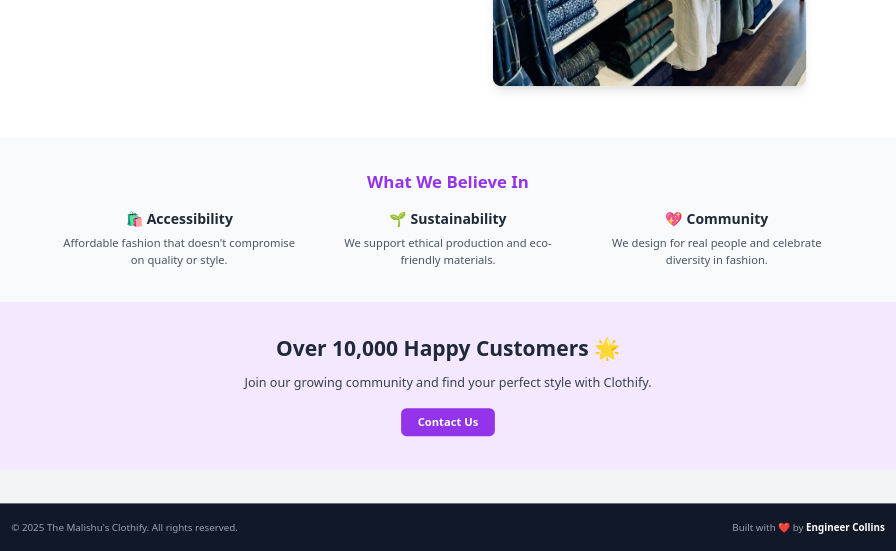
Repository: Engineer-collo/Modern-Ecommerce-Application
Page: /about
An editor plug-in stored every save of this project. The page is shown before and after a run of saves, followed by the edit.
The browser window is 1280 px wide. The pictures show the part of the page from y = 1113 to 3033 px (the page is 1900 px tall before and 3783 px after), at 70% of full size.
The project was rebuilt for these pictures with package versions that can differ from the ones it lists, and the page was loaded fresh each time. Also part of the build but not shown: vite.config.js, src/components/SignupForm.jsx, src/components/LoginForm.jsx, src/components/ProductCard.jsx, src/components/OfferCountdown.jsx, src/components/ProductFeed.jsx, src/components/Contact.jsx, src/components/Cart.jsx and 1 more.

Above is the page before, as saved 2025-05-26 09:46:37.

### index.html
<!DOCTYPE html>
<html lang="en">
<head>
  <meta charset="UTF-8">
  <meta name="viewport" content="width=device-width, initial-scale=1.0">
  <title>Ecommerce</title>
</head>
<body class="bg-gray-100">
  <div id="root"></div>
  <script type="module" src="/src/main.jsx"></script>
</body>
</html>

### src/main.jsx
import React from 'react'
import ReactDOM from 'react-dom/client'
import './index.css'
import App from './App'

ReactDOM.createRoot(document.getElementById('root')).render(
  <React.StrictMode>
    <App />
  </React.StrictMode>,
)

### src/App.jsx
import { BrowserRouter as Router, Routes, Route } from 'react-router-dom';
import { useEffect, useState } from 'react';
import Footer from './components/Footer';
import Navbar from './components/Navbar';
import SignupForm from './components/SignupForm';
import LoginForm from './components/LoginForm';
import ProductFeed from './components/ProductFeed';
import Contact from './components/Contact';
import About from './components/About';
import Cart from './components/Cart';
import ProductDetailsView from './components/ProductDetailsView';

import {
  showSuccessToast,
  ToastContainerWrapper,
} from './components/Toast';

function App() {
  const [cart, setCart] = useState([]);
  const [cartLoaded, setCartLoaded] = useState(false);

  // Load cart from localStorage
  useEffect(() => {
    const storedCart = localStorage.getItem("cart");
    if (storedCart) {
      try {
        setCart(JSON.parse(storedCart));
      } catch (error) {
        console.error("Failed to parse cart from localStorage:", error);
      }
    }
    setCartLoaded(true);
  }, []);

  // Save cart to localStorage when updated
  useEffect(() => {
    if (cartLoaded) {
      localStorage.setItem("cart", JSON.stringify(cart));
    }
  }, [cart, cartLoaded]);

  const addToCart = (product) => {
    setCart(prevCart => {
      const existing = prevCart.find(item => item.id === product.id);
      if (existing) {
        return prevCart.map(item =>
          item.id === product.id
            ? { ...item, quantity: item.quantity + 1 }
            : item
        );
      } else {
        return [...prevCart, { ...product, quantity: 1 }];
      }
    });
    showSuccessToast("Added to cart!");
  };

  const removeFromCart = (product) => {
    setCart(prevCart =>
      prevCart
        .map(item =>
          item.id === product.id
            ? { ...item, quantity: item.quantity - 1 }
            : item
        )
        .filter(item => item.quantity > 0)
    );
    showSuccessToast("Removed from cart!");
  };

  return (
    <Router>
      <Navbar cart={cart} />
      <Routes>
        <Route
          path="/"
          element={
            <ProductFeed
              showSuccessToast={showSuccessToast}
              cart={cart}
            />
          }
        />
        <Route
          path="/cart"
          element={
            <Cart
              cart={cart}
              removeFromCart={removeFromCart}
            />
          }
        />
        <Route path="/product/:id" element={<ProductDetailsView
         addToCart={addToCart}
        />} />
        <Route path="/login" element={<LoginForm />} />
        <Route path="/signup" element={<SignupForm />} />
        <Route path="/about" element={<About />} />
        <Route path="/contact" element={<Contact showSuccessToast={showSuccessToast} />} />
      </Routes>
      <ToastContainerWrapper />
      <Footer />
    </Router>
  );
}

export default App;

### src/components/Footer.jsx
const Footer = () => {
    return(
        <>
        <footer className="bg-gray-900 text-white py-6 mt-12">
  <div className="max-w-7xl mx-auto px-4 flex flex-col md:flex-row justify-between items-center space-y-4 md:space-y-0">
    <p className="text-sm text-gray-400">
      &copy; {new Date().getFullYear()} The Malishu's Clothify.  All rights reserved.
    </p>
    <p className="text-sm text-gray-400">
      Built with ❤️ by <span className="text-white font-semibold">Engineer Collins</span>
    </p>


  </div>
</footer>

        </>
    )
}

export default Footer

### src/components/Navbar.jsx
import React, { useState } from "react";
import { Link } from "react-router-dom";

const Navbar = ({ cart = [] }) => {
  const [isOpen, setIsOpen] = useState(false);

  const toggleMenu = () => setIsOpen(!isOpen);

  return (
    <header className="mt-2 bg-white shadow-md">
      <div className="max-w-7xl mx-auto px-10 py-10 flex flex-col md:flex-row md:justify-between md:items-center">
        <div className="flex justify-between items-center">
          <h1 className="text-2xl font-bold text-gray-800">
            <Link
              to="/"
              className="hover:text-blue-500 text-gray-700 transition"
            >
              <span className="text-purple-600">Malishu's Clothify</span>
            </Link>
          </h1>

          <div className="md:hidden">
            <button
              onClick={toggleMenu}
              className="text-gray-700 focus:outline-none"
            >
              <svg
                className="h-6 w-6"
                fill="none"
                stroke="currentColor"
                strokeWidth="2"
                viewBox="0 0 24 24"
              >
                <path
                  strokeLinecap="round"
                  strokeLinejoin="round"
                  d={
                    isOpen
                      ? "M6 18L18 6M6 6l12 12"
                      : "M4 6h16M4 12h16M4 18h16"
                  }
                />
              </svg>
            </button>
          </div>
        </div>

        {/* Removed search input here */}

        {/* Desktop nav */}
        <nav className="space-x-6 hidden md:flex">
          <Link
            to="/"
            className="text-xl hover:text-blue-500 font-bold text-gray-700 transition"
          >
            Home
          </Link>
          <Link
            to="/about"
            className="text-xl hover:text-blue-500 font-bold text-gray-700 transition"
          >
            About
          </Link>
          <Link
            to="/contact"
            className="text-xl hover:text-blue-500 font-bold text-gray-700 transition"
          >
            Contact
          </Link>
          <Link to="/cart" className="relative text-2xl font-bold hover:text-white transition">
  🛒
  <span className="absolute -top-2 -right-3 bg-red-500 text-white text-xs font-bold px-2 py-0.5 rounded-full">
    {cart.length}
  </span>
</Link>
          <Link
            to="/login"
            className="rounded p-1 bg-purple-500 font-bold text-white transition"
          >
            Login
          </Link>
        </nav>
      </div>

{/* Mobile nav */}
{isOpen && (
  <nav className="md:hidden bg-purple-600 text-white px-4 py-6 shadow-lg">
    <div className="flex flex-col items-center space-y-6">
      <Link
        to="/"
        className="text-2xl font-bold hover:text-white hover:underline transition"
      >
        Home
      </Link>
      <Link
        to="/about"
        className="text-2xl font-bold hover:text-white hover:underline transition"
      >
        About
      </Link>
      <Link
        to="/contact"
        className="text-2xl font-bold hover:text-white hover:underline transition"
      >
        Contact
      </Link>
      <Link to="/cart" className="relative text-2xl font-bold hover:text-white transition">
  🛒
  <span className="absolute -top-2 -right-3 bg-red-500 text-white text-xs font-bold px-2 py-0.5 rounded-full">
    {cart.length}
  </span>
</Link>
      <Link
        to="/login"
        className="text-center text-2xl font-bold bg-white text-purple-600 px-6 py-3 rounded-lg shadow-md hover:bg-purple-100 transition"
      >
        Login
      </Link>
    </div>
  </nav>
)}

    </header>
  );
};

export default Navbar;

### src/components/About.jsx
import React from "react";


const About = () => {
  return (
    <>

    <div className="min-h-screen bg-white text-gray-800">
      {/* Hero Section */}
      <div className="bg-gradient-to-r from-purple-600 to-pink-500 py-16 px-6 text-center text-white">
        <h1 className="text-4xl md:text-5xl font-extrabold mb-4">About Clothify</h1>
        <p className="text-lg md:text-xl max-w-2xl mx-auto">
          Elevating your wardrobe with trendy, affordable fashion made for everyone.
        </p>
      </div>

      {/* Story & Mission */}
      <div className="max-w-6xl mx-auto py-12 px-4 grid md:grid-cols-2 gap-8 items-center">
        <div>
          <h2 className="text-3xl font-bold mb-4 text-purple-600">Our Story</h2>
          <p className="text-gray-700 leading-relaxed">
            Founded in 2024, Clothify was born out of a passion for inclusive fashion. We wanted to make it easy for
            anyone to find stylish, quality clothes without breaking the bank.
          </p>
        </div>
        <img
         src="/cloathes.png"
         alt="Fashion"
        className="w-full max-w-md mx-auto my-6 rounded-xl shadow-lg object-cover"
        />
      </div>

      {/* Values */}
      <div className="bg-gray-50 py-12">
        <div className="max-w-6xl mx-auto px-4 text-center">
          <h2 className="text-2xl font-bold text-purple-600 mb-6">What We Believe In</h2>
          <div className="grid md:grid-cols-3 gap-8">
            <div>
              <h3 className="text-xl font-semibold mb-2">🛍️ Accessibility</h3>
              <p className="text-gray-600">Affordable fashion that doesn't compromise on quality or style.</p>
            </div>
            <div>
              <h3 className="text-xl font-semibold mb-2">🌱 Sustainability</h3>
              <p className="text-gray-600">We support ethical production and eco-friendly materials.</p>
            </div>
            <div>
              <h3 className="text-xl font-semibold mb-2">💖 Community</h3>
              <p className="text-gray-600">We design for real people and celebrate diversity in fashion.</p>
            </div>
          </div>
        </div>
      </div>

      {/* Stats or CTA */}
      <div className="py-12 px-4 bg-purple-100 text-center">
        <h2 className="text-3xl font-bold mb-4">Over 10,000 Happy Customers 🌟</h2>
        <p className="text-lg mb-6 text-gray-700">
          Join our growing community and find your perfect style with Clothify.
        </p>
        <a
          href="/contact"
          className="inline-block bg-purple-600 hover:bg-purple-700 text-white font-semibold py-2 px-6 rounded-lg transition"
        >
          Contact Us
        </a>
      </div>
    </div>
    </>
  );
};

export default About;

### src/components/Toast.jsx
// src/components/Toast.js
import { toast, ToastContainer } from 'react-toastify';
import 'react-toastify/dist/ReactToastify.css';

// Toast functions
export const showSuccessToast = (message) =>
  toast.success(message, {
    className: 'bg-green-100 text-green-800 border border-green-300 rounded p-4',
    bodyClassName: 'text-sm',
    progressClassName: 'bg-green-500',
  });

export const showErrorToast = (message) =>
  toast.error(message, {
    className: 'bg-red-100 text-red-800 border border-red-300 rounded p-4',
    bodyClassName: 'text-sm',
    progressClassName: 'bg-red-500',
  });

export const showInfoToast = (message) =>
  toast.info(message, {
    className: 'bg-blue-100 text-blue-800 border border-blue-300 rounded p-4',
    bodyClassName: 'text-sm',
    progressClassName: 'bg-blue-500',
  });

export const showWarningToast = (message) =>
  toast.warn(message, {
    className: 'bg-yellow-100 text-yellow-800 border border-yellow-300 rounded p-4',
    bodyClassName: 'text-sm',
    progressClassName: 'bg-yellow-500',
  });

// Toast container
export const ToastContainerWrapper = () => (
  <ToastContainer position="top-center" autoClose={2000} />
);

Loaded but not shown: src/index.css (common file); tailwind.config.js (common file)

After the next 2 saves:
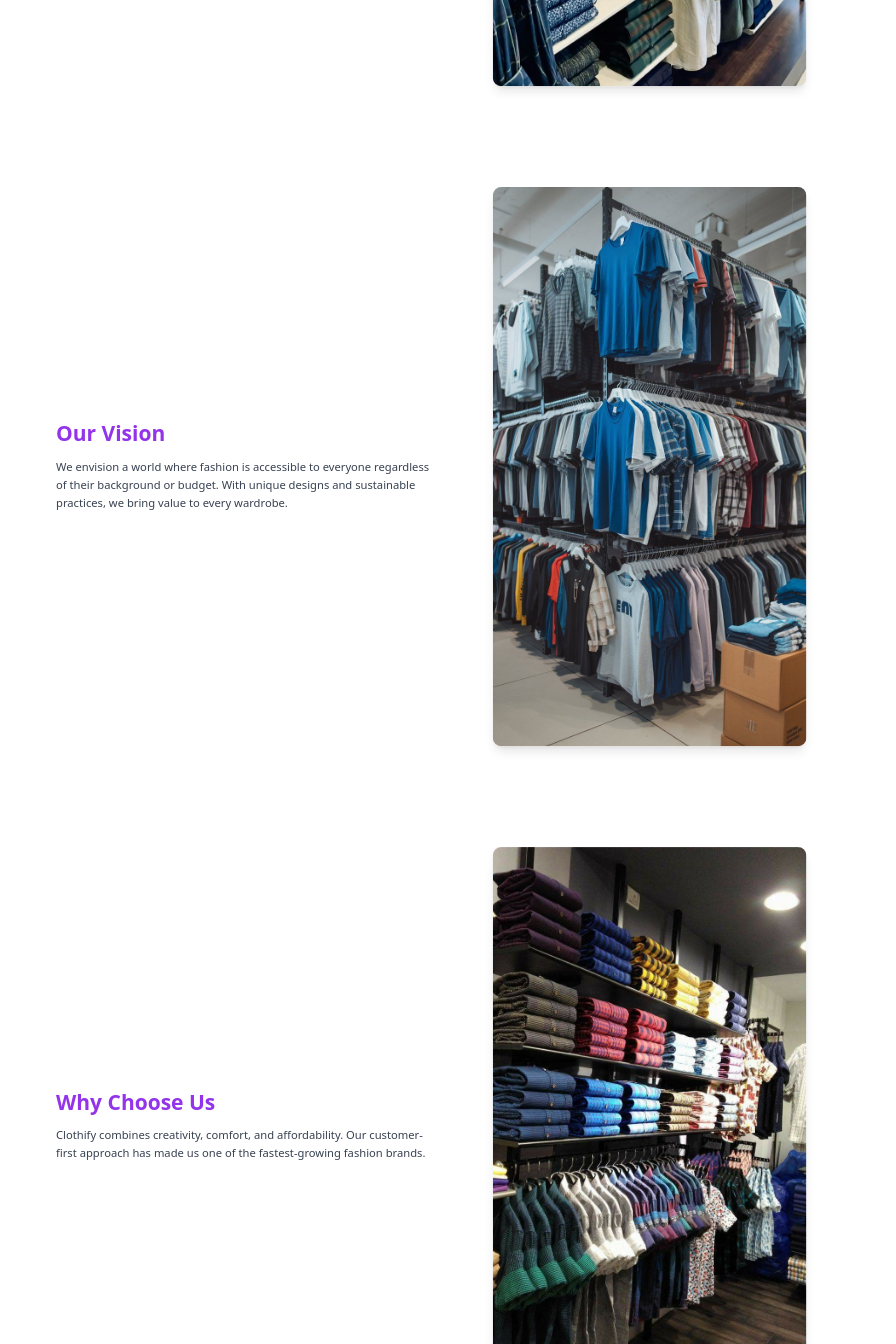
The 2 saves are shown as one change because 1 did not build or start.
The last was saved 87 s later.
--- a/src/components/About.jsx
+++ b/src/components/About.jsx
@@ -1,70 +1,100 @@
 import React from "react";
-
 
 const About = () => {
   return (
     <>
-
-    <div className="min-h-screen bg-white text-gray-800">
-      {/* Hero Section */}
-      <div className="bg-gradient-to-r from-purple-600 to-pink-500 py-16 px-6 text-center text-white">
-        <h1 className="text-4xl md:text-5xl font-extrabold mb-4">About Clothify</h1>
-        <p className="text-lg md:text-xl max-w-2xl mx-auto">
-          Elevating your wardrobe with trendy, affordable fashion made for everyone.
-        </p>
-      </div>
-
-      {/* Story & Mission */}
-      <div className="max-w-6xl mx-auto py-12 px-4 grid md:grid-cols-2 gap-8 items-center">
-        <div>
-          <h2 className="text-3xl font-bold mb-4 text-purple-600">Our Story</h2>
-          <p className="text-gray-700 leading-relaxed">
-            Founded in 2024, Clothify was born out of a passion for inclusive fashion. We wanted to make it easy for
-            anyone to find stylish, quality clothes without breaking the bank.
+      <div className="min-h-screen bg-white text-gray-800">
+        {/* Hero Section */}
+        <div className="bg-gradient-to-r from-purple-600 to-pink-500 py-16 px-6 text-center text-white">
+          <h1 className="text-4xl md:text-5xl font-extrabold mb-4">About Clothify</h1>
+          <p className="text-lg md:text-xl max-w-2xl mx-auto">
+            Elevating your wardrobe with trendy, affordable fashion made for everyone.
           </p>
         </div>
-        <img
-         src="/cloathes.png"
-         alt="Fashion"
-        className="w-full max-w-md mx-auto my-6 rounded-xl shadow-lg object-cover"
-        />
-      </div>
 
-      {/* Values */}
-      <div className="bg-gray-50 py-12">
-        <div className="max-w-6xl mx-auto px-4 text-center">
-          <h2 className="text-2xl font-bold text-purple-600 mb-6">What We Believe In</h2>
-          <div className="grid md:grid-cols-3 gap-8">
-            <div>
-              <h3 className="text-xl font-semibold mb-2">🛍️ Accessibility</h3>
-              <p className="text-gray-600">Affordable fashion that doesn't compromise on quality or style.</p>
-            </div>
-            <div>
-              <h3 className="text-xl font-semibold mb-2">🌱 Sustainability</h3>
-              <p className="text-gray-600">We support ethical production and eco-friendly materials.</p>
-            </div>
-            <div>
-              <h3 className="text-xl font-semibold mb-2">💖 Community</h3>
-              <p className="text-gray-600">We design for real people and celebrate diversity in fashion.</p>
+        {/* Story & Mission - Block 1 */}
+        <div className="max-w-6xl mx-auto py-12 px-4 grid md:grid-cols-2 gap-8 items-center">
+          <div>
+            <h2 className="text-3xl font-bold mb-4 text-purple-600">Our Story</h2>
+            <p className="text-gray-700 leading-relaxed">
+              Founded in 2024, Clothify was born out of a passion for inclusive fashion. We wanted to make it easy for
+              anyone to find stylish, quality clothes without breaking the bank.
+            </p>
+          </div>
+          <img
+            src="/cloathes.png"
+            alt="Fashion 1"
+            className="w-full max-w-md mx-auto my-6 rounded-xl shadow-lg object-cover"
+          />
+        </div>
+
+        {/* Story & Mission - Block 2 */}
+        <div className="max-w-6xl mx-auto py-12 px-4 grid md:grid-cols-2 gap-8 items-center">
+          <div>
+            <h2 className="text-3xl font-bold mb-4 text-purple-600">Our Vision</h2>
+            <p className="text-gray-700 leading-relaxed">
+              We envision a world where fashion is accessible to everyone regardless of their background or budget.
+              With unique designs and sustainable practices, we bring value to every wardrobe.
+            </p>
+          </div>
+          <img
+            src="/cloathes2.png"
+            alt="Fashion 2"
+            className="w-full max-w-md mx-auto my-6 rounded-xl shadow-lg object-cover"
+          />
+        </div>
+
+        {/* Story & Mission - Block 3 */}
+        <div className="max-w-6xl mx-auto py-12 px-4 grid md:grid-cols-2 gap-8 items-center">
+          <div>
+            <h2 className="text-3xl font-bold mb-4 text-purple-600">Why Choose Us</h2>
+            <p className="text-gray-700 leading-relaxed">
+              Clothify combines creativity, comfort, and affordability. Our customer-first approach has made us one of
+              the fastest-growing fashion brands.
+            </p>
+          </div>
+          <img
+            src="/cloathes3.png"
+            alt="Fashion 3"
+            className="w-full max-w-md mx-auto my-6 rounded-xl shadow-lg object-cover"
+          />
+        </div>
+
+        {/* Values */}
+        <div className="bg-gray-50 py-12">
+          <div className="max-w-6xl mx-auto px-4 text-center">
+            <h2 className="text-2xl font-bold text-purple-600 mb-6">What We Believe In</h2>
+            <div className="grid md:grid-cols-3 gap-8">
+              <div>
+                <h3 className="text-xl font-semibold mb-2">🛍️ Accessibility</h3>
+                <p className="text-gray-600">Affordable fashion that doesn't compromise on quality or style.</p>
+              </div>
+              <div>
+                <h3 className="text-xl font-semibold mb-2">🌱 Sustainability</h3>
+                <p className="text-gray-600">We support ethical production and eco-friendly materials.</p>
+              </div>
+              <div>
+                <h3 className="text-xl font-semibold mb-2">💖 Community</h3>
+                <p className="text-gray-600">We design for real people and celebrate diversity in fashion.</p>
+              </div>
             </div>
           </div>
         </div>
+
+        {/* Stats or CTA */}
+        <div className="py-12 px-4 bg-purple-100 text-center">
+          <h2 className="text-3xl font-bold mb-4">Over 10,000 Happy Customers 🌟</h2>
+          <p className="text-lg mb-6 text-gray-700">
+            Join our growing community and find your perfect style with Clothify.
+          </p>
+          <a
+            href="/contact"
+            className="inline-block bg-purple-600 hover:bg-purple-700 text-white font-semibold py-2 px-6 rounded-lg transition"
+          >
+            Contact Us
+          </a>
+        </div>
       </div>
-
-      {/* Stats or CTA */}
-      <div className="py-12 px-4 bg-purple-100 text-center">
-        <h2 className="text-3xl font-bold mb-4">Over 10,000 Happy Customers 🌟</h2>
-        <p className="text-lg mb-6 text-gray-700">
-          Join our growing community and find your perfect style with Clothify.
-        </p>
-        <a
-          href="/contact"
-          className="inline-block bg-purple-600 hover:bg-purple-700 text-white font-semibold py-2 px-6 rounded-lg transition"
-        >
-          Contact Us
-        </a>
-      </div>
-    </div>
     </>
   );
 };
